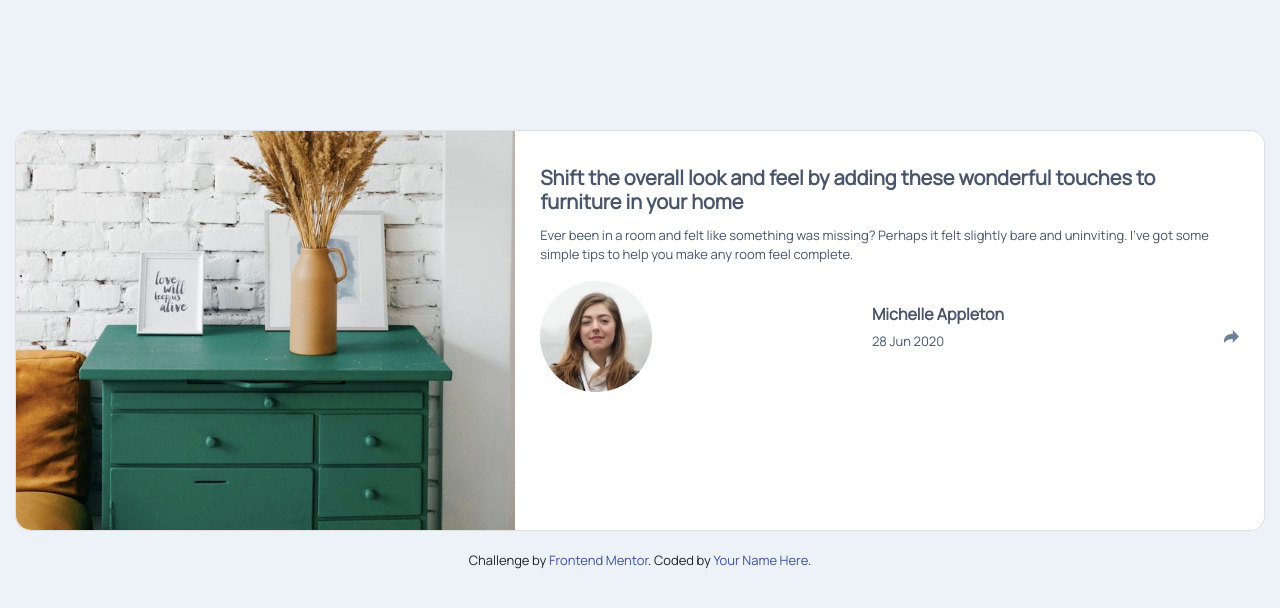
Repository: timiodulate/Article-Preview-Component
Page: index.html
An editor plug-in stored every save of this project. The page is shown before and after a run of saves, followed by the edit.
The browser window is 1280 px wide. The pictures show the whole page.

Above is the page before, as saved 2020-07-11 12:46:10.

### index.html
<!DOCTYPE html>
<html lang="en">
<head>
  <meta charset="UTF-8">
  <meta name="viewport" content="width=device-width, initial-scale=1.0"> <!-- displays site properly based on user's device -->

  <link rel="icon" type="image/png" sizes="32x32" href="./images/favicon-32x32.png">

  <!-- Bootstrap -->
  <link rel="stylesheet" href="./css/bootstrap.min.css">

  <!-- Custom Style -->
  <link rel="stylesheet" href="./css/style.css">

  <title>Frontend Mentor | Article preview component</title>
</head>
<body>

  <div class="container-fluid d-flex flex-column justify-content-center align-items-center p-30">

    <div class="card">

      <img src="./images/drawers.jpg" alt="drawers" class="card-img-top img-fluid" >

      <div class="card-body">
        <h5 class="card-title">
          Shift the overall look and feel by adding these wonderful
          touches to furniture in your home
        </h5>
        <p class="card-text">
          Ever been in a room and felt like something was missing? Perhaps
          it felt slightly bare and uninviting. I’ve got some simple tips
          to help you make any room feel complete.
        </p>

        <div class="userDetails d-flex justify-content-between align-items-center">
          <img src="./images/avatar-michelle.jpg" alt="avatarImage" class="rounded-circle img-fluid avatarImage">

          <div class="nameDate">
            <h6>
              Michelle Appleton
            </h6>
            <p>
              28 Jun 2020
            </p>
          </div>

          <img src="./images/icon-share.svg" alt="">
        </div>
      </div>
    </div>
  </div>
  <div class="attribution">
    Challenge by <a href="https://www.frontendmentor.io?ref=challenge" target="_blank">Frontend Mentor</a>.
    Coded by <a href="#">Your Name Here</a>.
  </div>
</body>

  <script src="https://code.jquery.com/jquery-3.5.1.slim.min.js" integrity="sha384-DfXdz2htPH0lsSSs5nCTpuj/zy4C+OGpamoFVy38MVBnE+IbbVYUew+OrCXaRkfj" crossorigin="anonymous"></script>
  <script src="./js/bootstrap.min.js"></script>
</body>
</html>

### css/style.css
@import url('http://fonts.googleapis.com/css?family=Manrope');

/* Global Resets */
* {
    padding: 0;
    margin: 0;
    box-sizing: border-box;
}

html {
    /* font-family */
    --body: Manrope;

    /* font-weight */
    --normal: 500;
    --bold: 700;

    /* color */
    --background: hsl(210, 46%, 95%);
    --header: hsl(217, 19%, 35%);

    --text: hsl(212, 23%, 69%);
    --last-section: hsl(214, 17%, 51%);
}

body {
    width: 100vw;
    height: 100vh;

    display: flex;
    flex-direction: column;
    justify-content: center;

    font-family: var(--body);
    font-size: 13px;
    /* background-image: url(../images/bg-intro-desktop.png); */
    background-color: var(--background);
    /* background-blend-mode: screen; */
}

h5, h6 {
    color: var(--header);
    font-weight: var(--bold);
}
p {
    color: var(--header);
}


/* .main {
    padding: 30px;
} */
.card {
    border-radius: 15px;
    width: 330px;
}
.card-img-top {
    border-radius: 15px 15px 0 0;
}
.card-body {
    padding: 35px 25px 15px;
}
.avatarImage {
    width: 16%;
}


/* footer */
footer .footer-container {
    display: grid;
    grid-template-columns: repeat(4, 1fr);
    margin-bottom: 30px;
}
.attribution {
    font-size: 13px;
    text-align: center;
    /* color: var(--text); */
    padding: 20px;
}
.attribution a {
    color: hsl(228, 45%, 44%);
    text-decoration: none;
}



/* Media Queries - Responsiveness */
/* LG - Large Screen */
@media only screen and (min-width: 380px) {
    .card {
        display: flex;
        flex-direction: row;
        /* height: 330px; */
        width: fit-content;
    }
    .card-img-top {
        width: 40%;
        border-radius: 15px 0 0 15px;
    }
    .card-body {

    }
}

/* MD - Medium Screen */
/* @media only screen and (max-width: 765px) {
    body {
        justify-content: initial;
	height: fit-content;
    }

    footer .footer-container {
        grid-template-columns: 1fr;
        margin-bottom: 20px;
        row-gap: 15px;
    }

    .attribution {
        font-size: .6rem;
        padding: 20px 10px;
        color: white;
    }
} */

/* SM - Small Screen */
/* @media only screen and (max-width: 576px){

} */


/* @timiodulate css template */

Loaded but not shown: css/bootstrap.min.css (library); js/bootstrap.min.js (library)

After the next 5 saves:
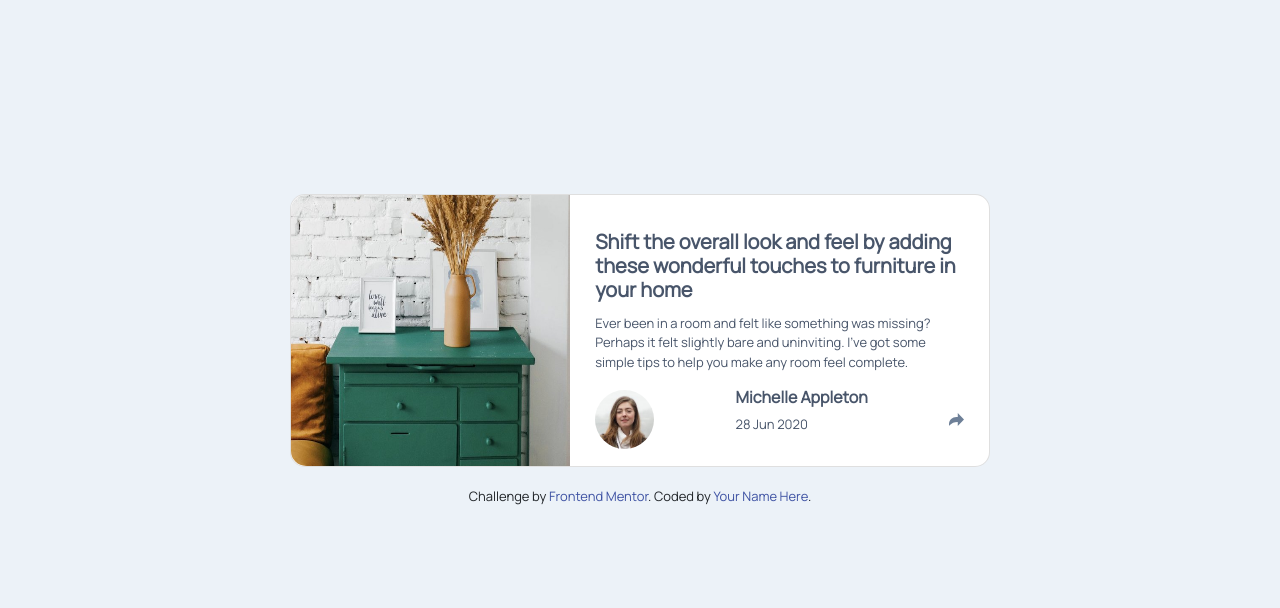
The 5 saves are shown as one change because they came seconds apart.
The last was saved 72 s later.
--- a/css/style.css
+++ b/css/style.css
@@ -91,7 +91,7 @@
         display: flex;
         flex-direction: row;
         /* height: 330px; */
-        width: fit-content;
+        width: 700px;
     }
     .card-img-top {
         width: 40%;
